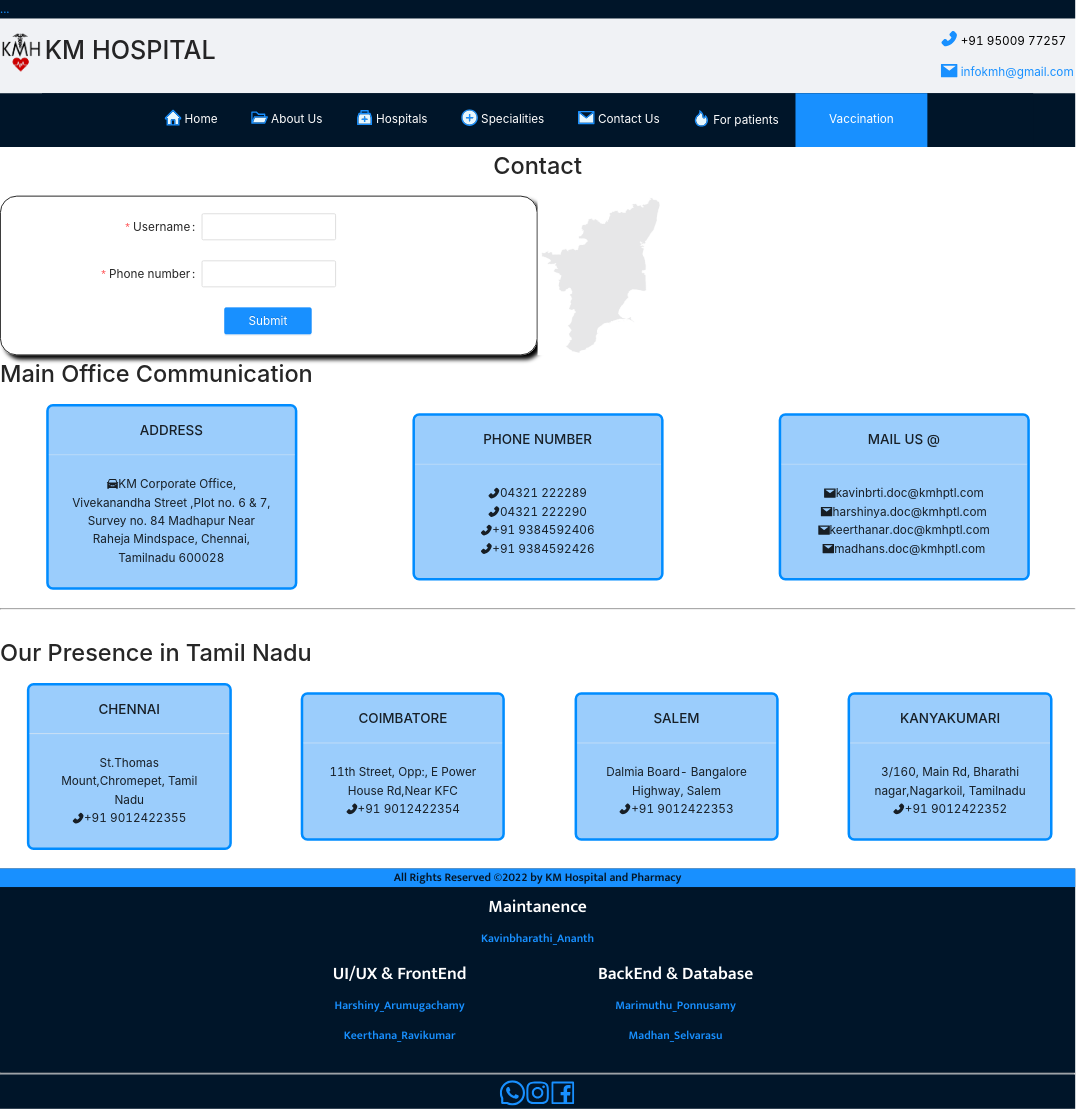
Repository: marimuthu1001/KHM-hospital
Page: /contactus (app in km-hospital/)
These files come from the project's save history. The page is drawn as it stood at one moment and after the next save; the edit follows.
The browser window is 1280 px wide. The page is 1297 px wide, so the pictures cover 1297 px, including what lies to the right of the window. The pictures show the whole page, at 84% of full size.
The project was rebuilt for these pictures with package versions that can differ from the ones it lists, and the page was loaded fresh each time. Also part of the build but not shown: km-hospital/src/Pages/Feedback.jsx.

Above is the page before, as saved 2022-01-25 08:54:18.

After the next save:
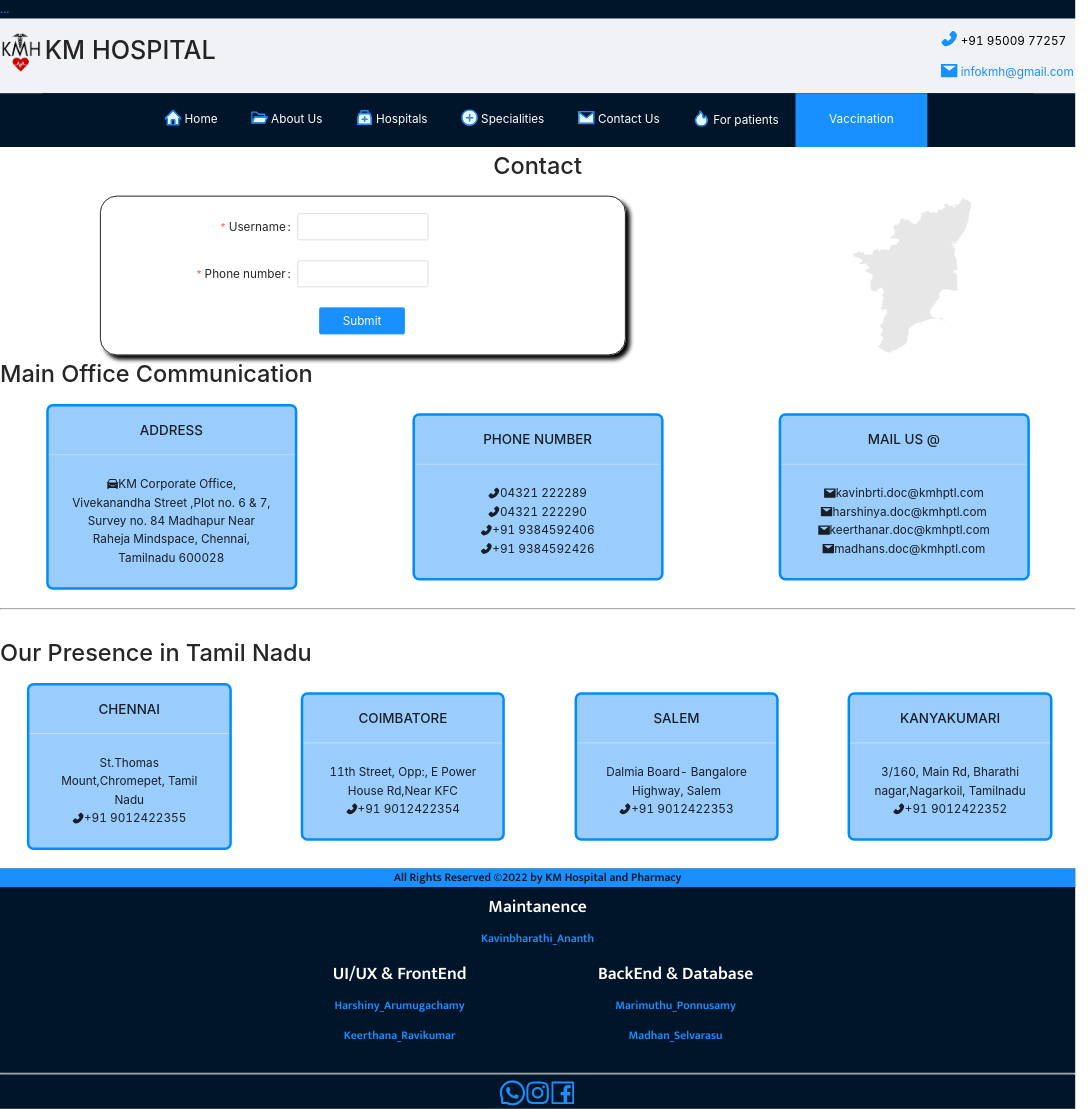
Saved 32 s later.
--- a/km-hospital/src/Pages/ContactUs.jsx
+++ b/km-hospital/src/Pages/ContactUs.jsx
@@ -19,7 +19,7 @@ function ContactUs() {
             </div>
 
 
-<Row>
+<Row justify="space-around" align="middle" gutter={28}>
         <Col span={12}>
         <Form className={Styles.form}
                     name="basic"
